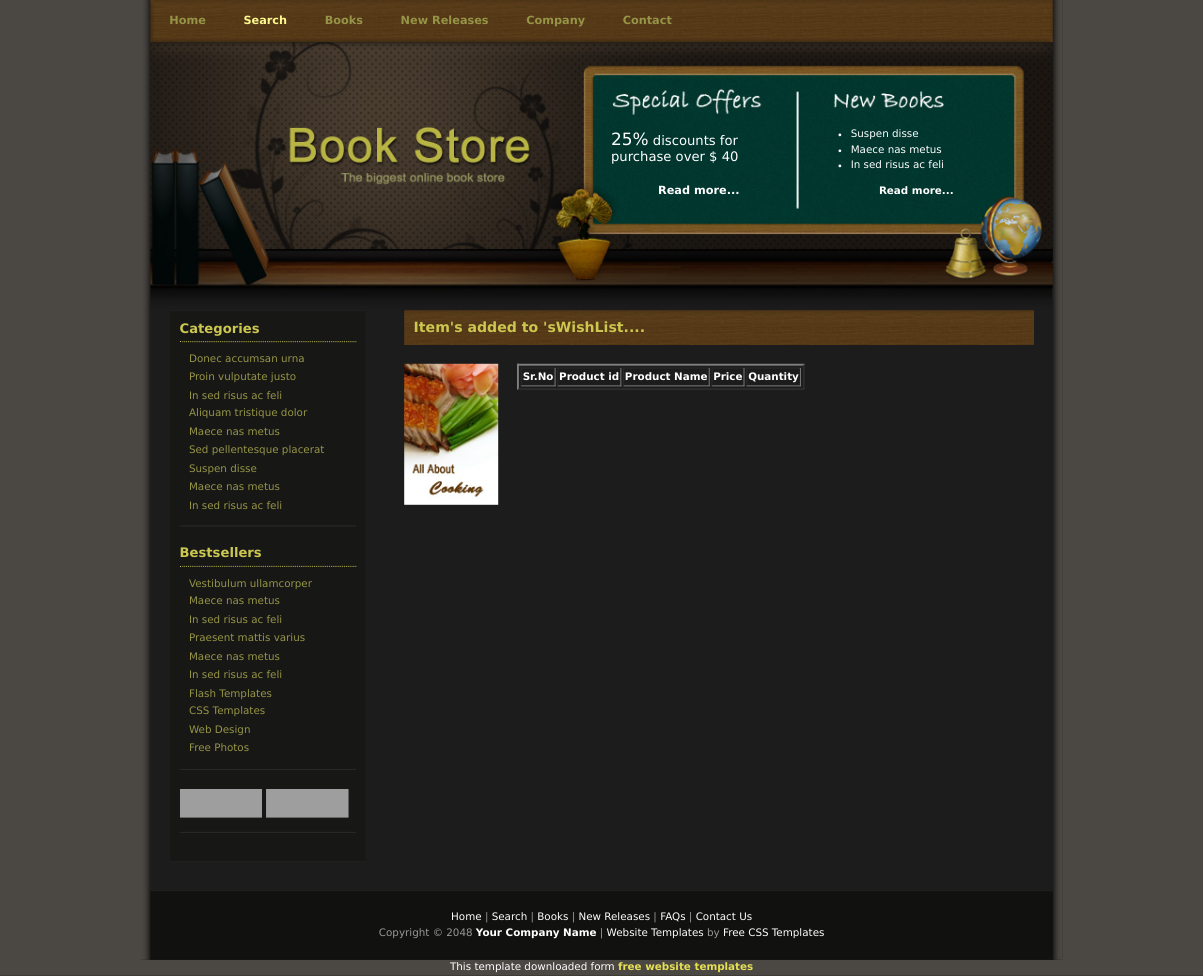
Repository: poojagupta18/Practice-Java
Page: http://localhost/OnlineShopping/AddToCartDisplay.jsp
An editor plug-in stored every save of this project. The page is shown before and after the next save, followed by the edit.
The browser window is 1280 px wide. The pictures show the whole page, at 94% of full size.
Pictures or frames that could not be fetched are drawn as grey boxes. The page is served by Tomcat 9. The template is opened directly, without the code that normally fills it, so the values that code supplies are empty.

Above is the page before, as saved 2019-11-28 18:37:27.

After the next save:
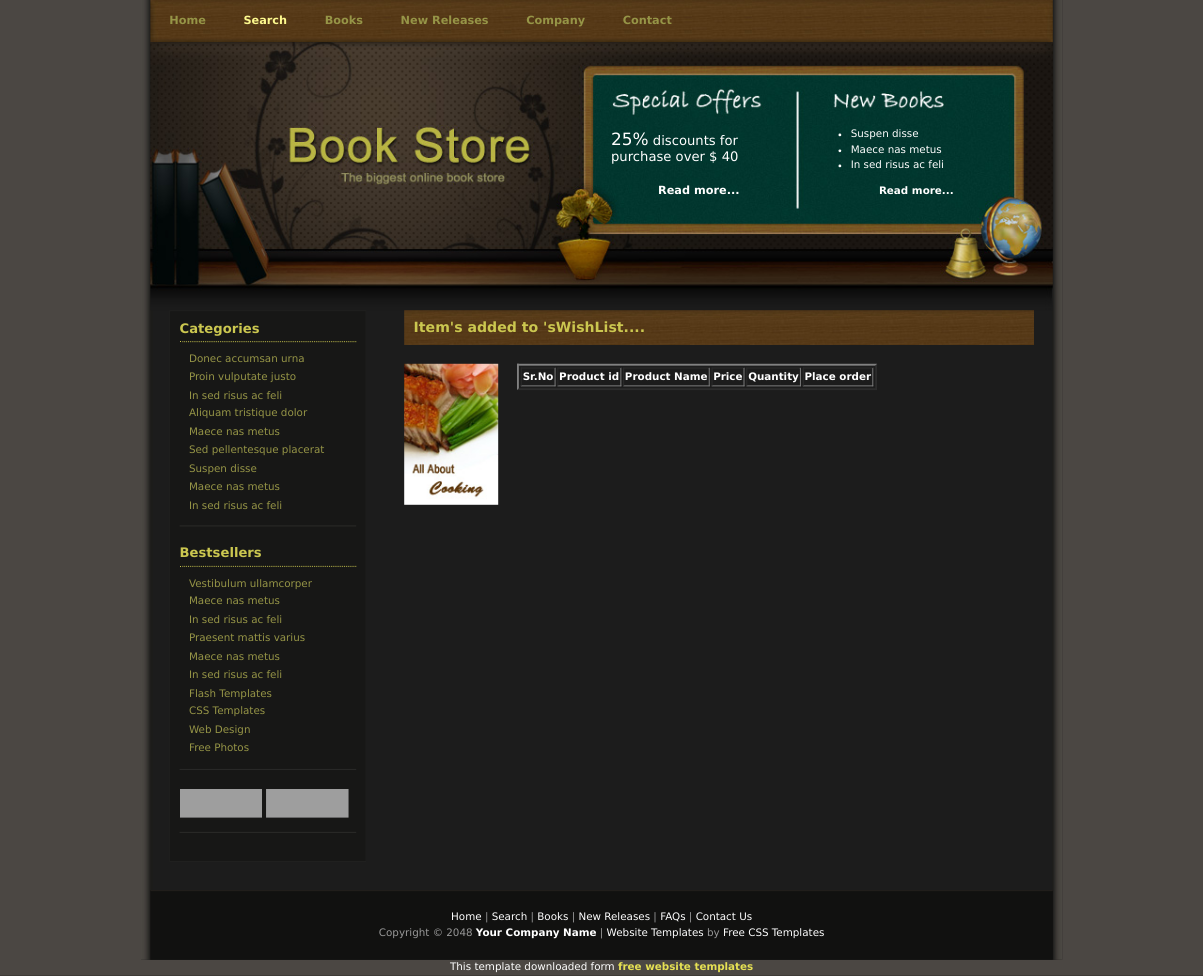
Saved 69 s later.
--- a/java Training/java/OnlineShopping/OnlineShopping/WebContent/AddToCartDisplay.jsp
+++ b/java Training/java/OnlineShopping/OnlineShopping/WebContent/AddToCartDisplay.jsp
@@ -98,7 +98,6 @@
 			<!-- end of content left -->
 
 			<div id="templatemo_content_right">
-			<form action="" >
 				<h1>
 					Item's added to <span>${customer.name}'s</span>WishList....
 				</h1>
@@ -115,6 +114,7 @@
 						<th>Product Name</th>
 						<th>Price</th>
 						<th>Quantity</th>
+						<th>Place order</th>
 					</tr>
 
 					<c:forEach items="${addToCartList1}" var="addToCartList"
